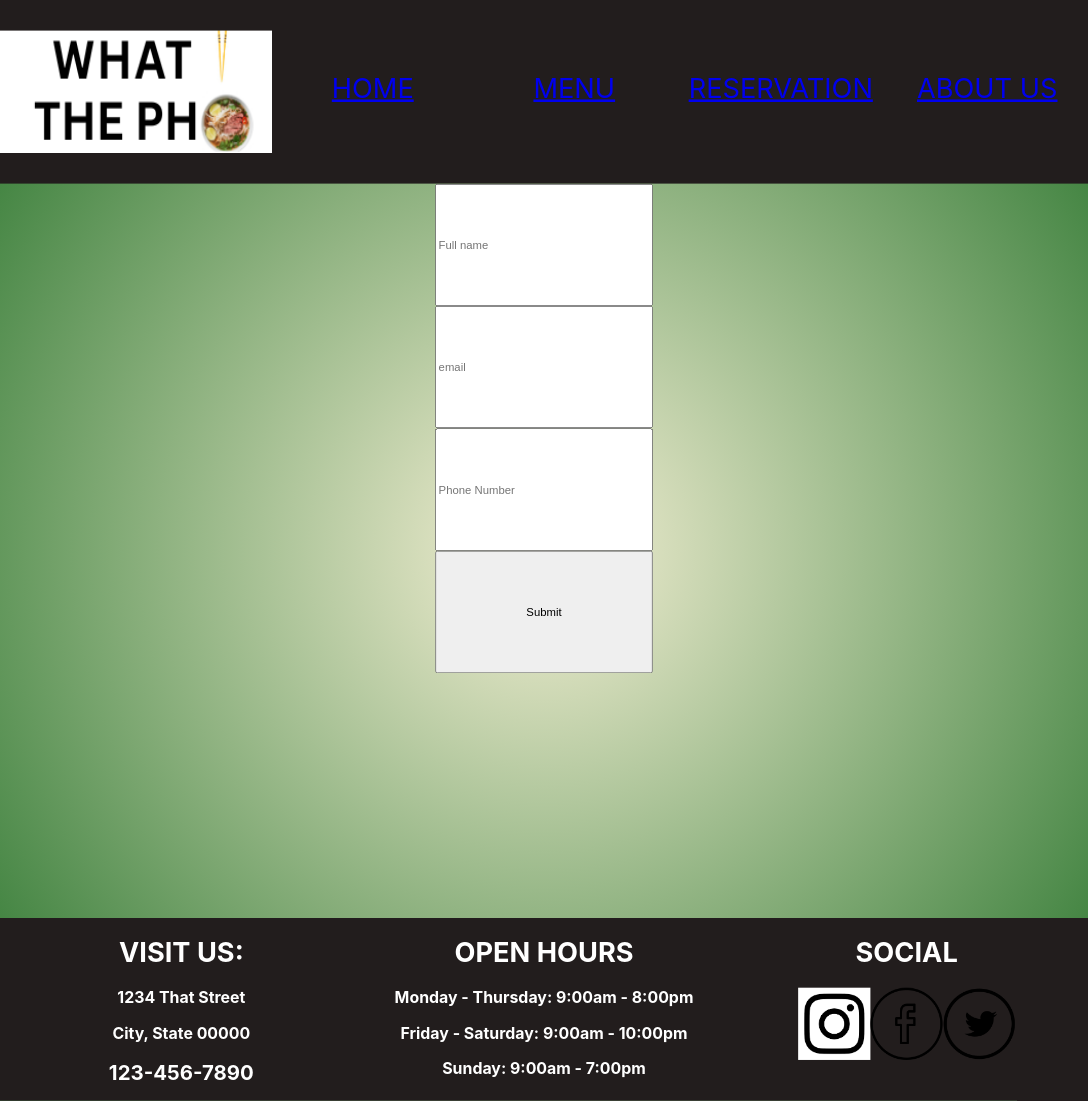
Repository: NguyenkhDang/Restaurant-Website
Page: /reservation
The author's editor kept a copy of each file at every save. The page is drawn from the files as they stood at one save, then again after the next save.
The browser window is 1280 px wide. The pictures show the whole page, at 85% of full size.
The project was rebuilt for these pictures with package versions that can differ from the ones it lists, and the page was loaded fresh each time. Also part of the build but not shown: src/CSS/Readmore.css, src/Readmore.js, src/CSS/SectionContainer.css, src/SectionContainer.js, src/CSS/Home.css, src/Pages/HomePage.js, src/Pages/MenuPage.js, src/Pages/AboutUsPage.js and 1 more.

Above is the page before, as saved 2026-01-18 13:27:47.

### src/index.js
import React from 'react';
import ReactDOM from 'react-dom/client';
import './index.css';
import App from './App';
import reportWebVitals from './reportWebVitals';
import { BrowserRouter } from "react-router-dom";


const root = ReactDOM.createRoot(document.getElementById("root"));
root.render(
  <BrowserRouter>
    <App />
  </BrowserRouter>
);

// If you want to start measuring performance in your app, pass a function
// to log results (for example: reportWebVitals(console.log))
// or send to an analytics endpoint. Learn more: https://bit.ly/CRA-vitals
reportWebVitals();

### src/App.js

import './App.css';

import NavigationBar from './NavigationBar';
import Footer from "./Footer"
import {Routes, Route} from "react-router-dom"



import HomePage from "./Pages/HomePage"
import MenuPage from "./Pages/MenuPage"
import ReservationPage from "./Pages/ReservationPage"
import AboutUsPage from "./Pages/AboutUsPage"
import ContactUsPage from "./Pages/ContactUsPage"

function App() {


  return (
    <div className="home">
      <NavigationBar />

      <Routes>
        <Route path="/" element={<HomePage />} />
        <Route path="/menu" element={<MenuPage />} />
        <Route path="/reservation" element={<ReservationPage />} />
        <Route path="/aboutUs" element={<AboutUsPage />} />
        <Route path="contactUs" element={<ContactUsPage />} />
      </Routes>

      <Footer />
  </div>
);
}

export default App;

### src/App.css
html{
  -ms-overflow-style: none;
  scrollbar-width: none;
}

.home {
  display: grid;
  margin: 0;
  padding: 0;

  background: radial-gradient(
    circle,
    rgba(245, 240, 213, 1) 0%,
    rgba(38, 115, 42, 1) 100%
  );
  place-items: center;
  text-align: center;
  color: white;
}


html::-webkit-scrollbar {
  display: none;
}

### src/NavigationBar.js
import "./CSS/NavigationBar.css"
import Logo from "./image/CustomLogo2.png"
import { Link } from "react-router-dom"
const NavigationBar = () =>{



  return (
    <div className="navbar">
      <div className="logoImage">
        <img src= {Logo} />
      </div>
      <div className="wholeNavBar">
        <ul>
          <li>
            <Link to="/">HOME</Link>
          </li>
          <li>
            <Link to="/menu">MENU</Link>
          </li>
          <li>
            <Link to="/reservation">RESERVATION</Link>
          </li>
          <li>
            <Link to="/aboutUs">ABOUT US</Link>
          </li>
        </ul>

      </div>
    </div>
  )


}

export default NavigationBar

### src/Footer.js
import "./CSS/Footer.css"
import InstagramIcon from "./image/instagramIcon.png"
import FacebookIcon from "./image/facebookIcon.png"
import TwitterIcon from "./image/twitterIcon.png"
const Footer = () =>{

  return(
    <div className="footer">
      <div>
        <h1>VISIT US:</h1>
        <h3>1234 That Street</h3>
        <h3>City, State 00000</h3>

        <h2>123-456-7890</h2>
      </div>
      <div>
        <h1>OPEN HOURS</h1>
        <h3>Monday - Thursday: 9:00am - 8:00pm</h3>
        <h3>Friday - Saturday: 9:00am - 10:00pm</h3>
        <h3>Sunday: 9:00am - 7:00pm</h3>
      </div>
      <div>
        <h1>SOCIAL</h1>
        <a href="https://www.instagram.com/" target="_blank"><img src={InstagramIcon}/></a>
        <a href="https://www.facebook.com/" target="_blank"><img src={FacebookIcon}/></a>
        <a href="https://x.com/" target="_blank"><img src={TwitterIcon}/></a>
      </div>

    </div>
  )

}

export default Footer

### src/Pages/ReservationPage.js
import ReservationForm from "../ReservationForm"


const ReservationPage = () =>{
  return(
    <>
      <ReservationForm />
    </>
  )
}

export default ReservationPage

### src/CSS/NavigationBar.css
.navbar{
  background-color: rgb(34, 29, 29);
  display: grid;
  grid-template-columns: 25% 75%;
  width: 100vw;
  height: 25vh;
  padding-top: 5vh;
}
.wholeMavBar{
  float: right;
  height: 10vh;
}

.logoImage img{
  height: 20vh;
  width: 25vw;
  object-fit: fill;
  object-position: center;
}

ul{
  align-items: center;
  list-style-type: none;
  display: grid;
  place-items: center;
  grid-template-columns: 1fr 1fr 1fr 1fr;
  margin-top: 5%;
  padding: 0;
}
li a{
  font-size: 2em;
  text-align: center;
  padding: 14px 16px;
}

li a:hover{
  background-color: #c5b1b1;
}

### src/CSS/Footer.css
.footer{
  background-color: rgb(34, 29, 29);
  display: grid;
  grid-template-columns: repeat(3, 1fr);
  width: 100vw;
}

.footer img{
  width: 20%;
}

### src/ReservationForm.js
import { useRef, useState } from "react"
import "./CSS/ReservationForm.css"
const ReservationForm = () =>{

  const [phoneNumberLength, setPhoneNumberLength] = useState("")

  const formRef= useRef(null)


  const PhoneNumber = (e) =>{

    let value = e.target.value;
    value = value.replace(/\D/g, "");
    if (value.length > 3 && value.length <=6){
      value = `(${value.slice(0, 3)}) ${value.slice(3)}`;
    } else if (value.length > 6) {
    value = `(${value.slice(0, 3)}) ${value.slice(3, 6)}-${value.slice(6, 10)}`;
    }
    setPhoneNumberLength(value)
  }


  const handleSubmit = (e)=>{

    e.preventDefault();
    const url = "https://script.google.com/macros/s/AKfycbx0FabLb-KOBm8n_JP2SJcp21AE1aox7vxr3D2p_FfrtZs8dIHl3N9UMOriMfEaySY/exec"

    fetch(url,{
      method:"POST",
      body: new FormData(formRef.current)
    } ).then(() => {
      alert("Reservation Submitted ");
    }).catch((error) => console.log(error))
  };

  return (
    <div>
      <form className="form" ref = {formRef} onSubmit={handleSubmit}>
      <input
        type="text"
        name="Name"
        placeholder="Full name"
        required
      />

      <input
        type="email"
        name="Email"
        placeholder="email"
        required
      />

      <input
        type="text"
        name="Phone"
        value={phoneNumberLength}
        onChange={PhoneNumber}
        placeholder="Phone Number"/>
      <button>Submit</button>
    </form>
    </div>


  )
}

export default ReservationForm

### src/CSS/ReservationForm.css
.form{
  display: grid;
  grid-template-rows: repeat(6, 1fr);
}

button{
  width: 20vw;
  height: 20vh;
}

Loaded but not shown: public/index.html (common file); src/index.css (common file); src/reportWebVitals.js (common file)

After the next save:
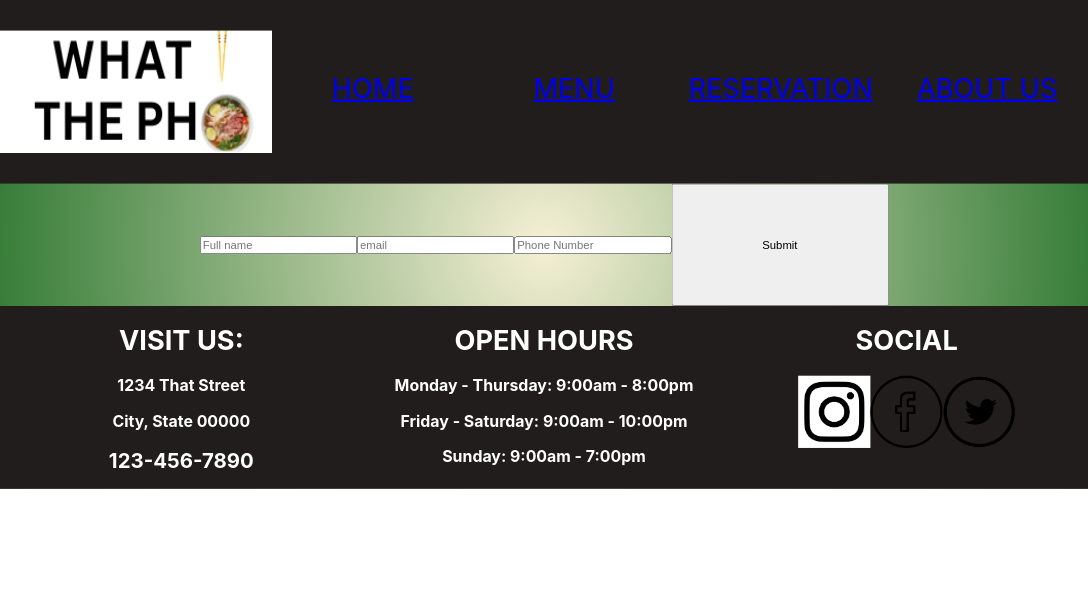
Saved 41 s later.
--- a/src/CSS/ReservationForm.css
+++ b/src/CSS/ReservationForm.css
@@ -1,4 +1,4 @@
-.form{
+.ReservationForm{
   display: grid;
   grid-template-rows: repeat(6, 1fr);
 }

After the save that followed:
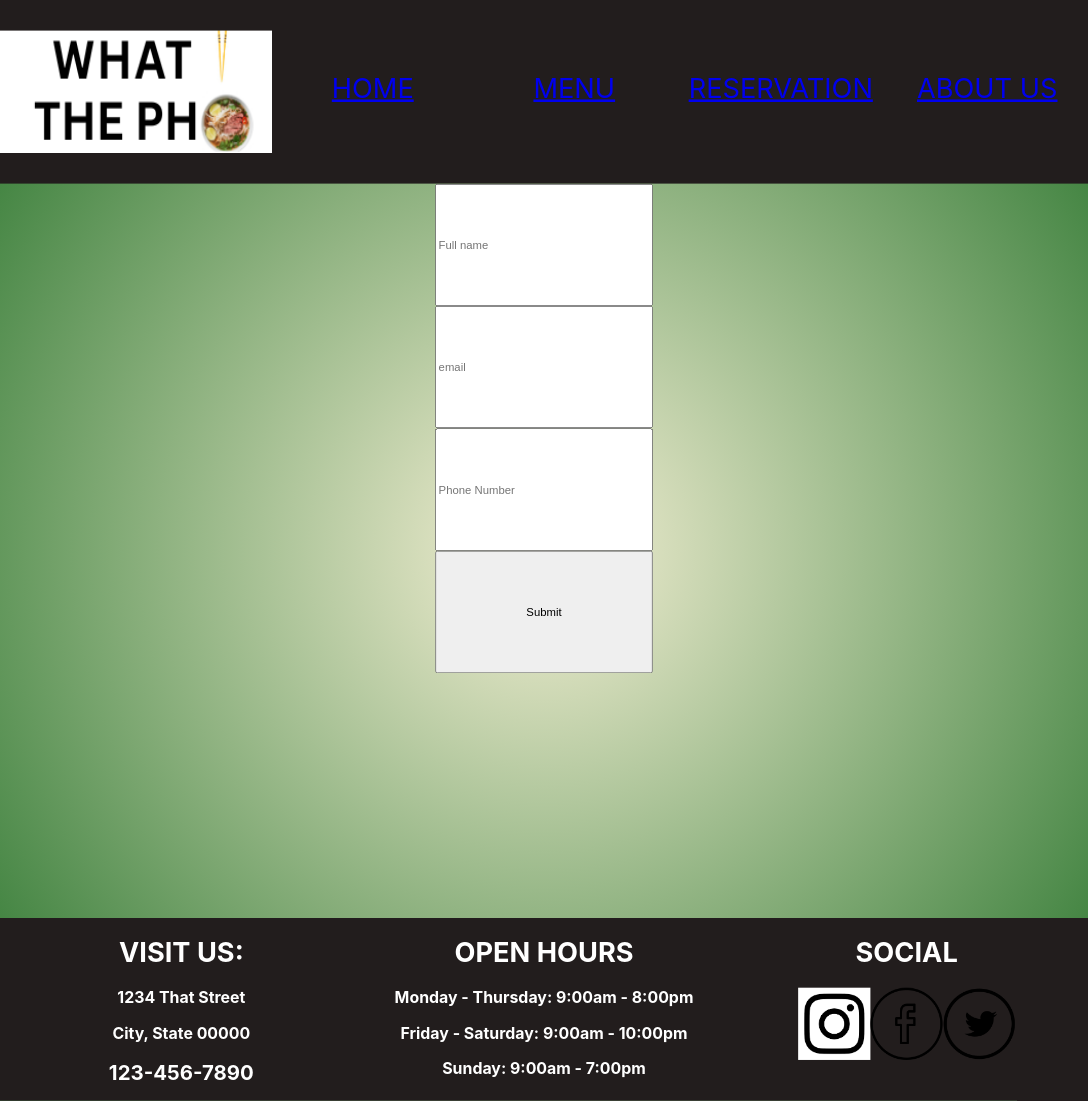
Saved 8 s later.
--- a/src/CSS/ReservationForm.css
+++ b/src/CSS/ReservationForm.css
@@ -1,4 +1,4 @@
-.ReservationForm{
+.form{
   display: grid;
   grid-template-rows: repeat(6, 1fr);
 }
